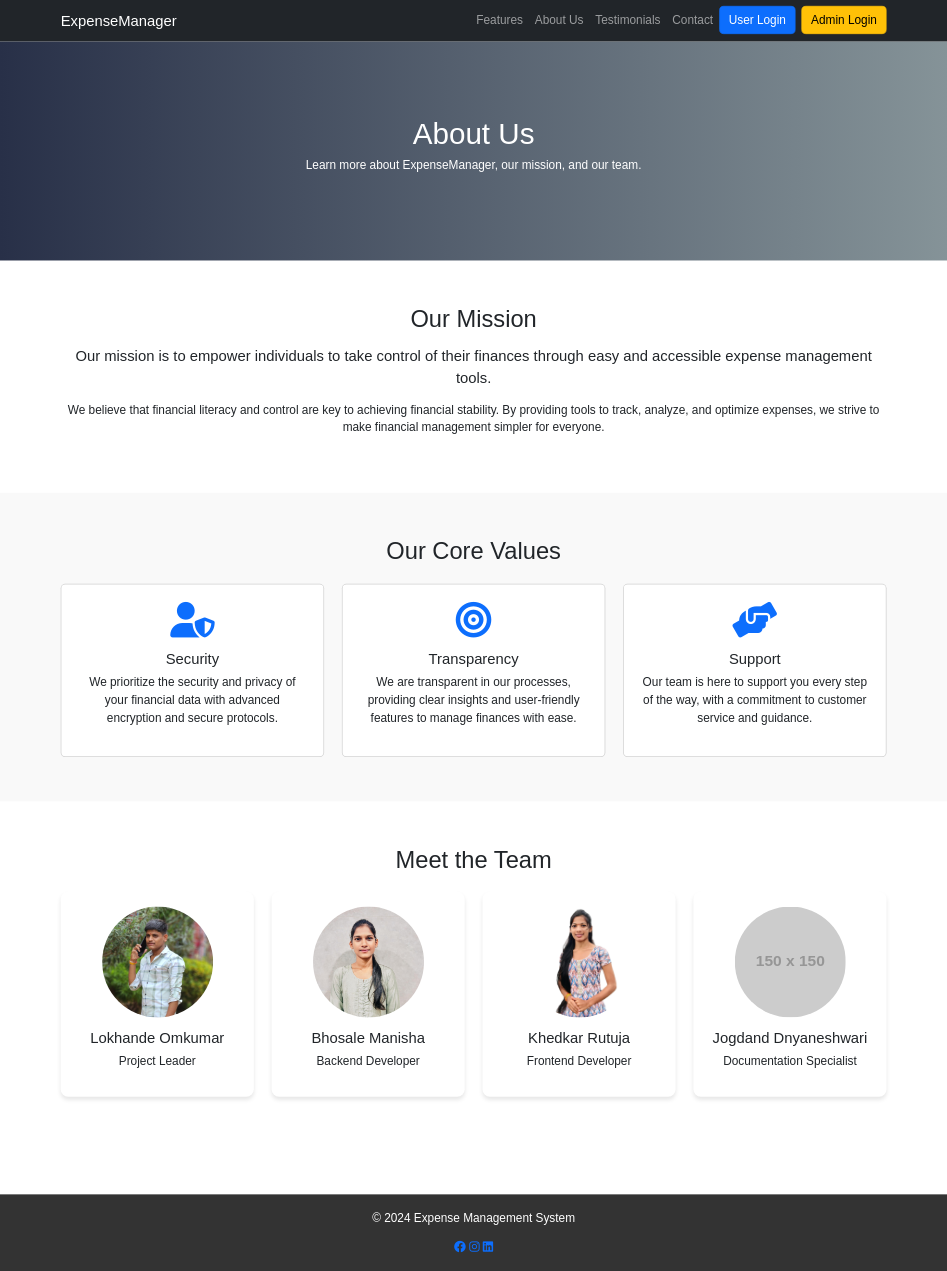
Repository: omlokhande1212/Expense-management
Page: expense/Demo/src/main/webapp/aboutus.html
An editor plug-in stored every save of this project. The page is shown before and after the next save, followed by the edit.
The browser window is 1280 px wide. The pictures show the whole page, at 74% of full size.

Above is the page before, as saved 2024-11-28 14:05:58.

After the next save:
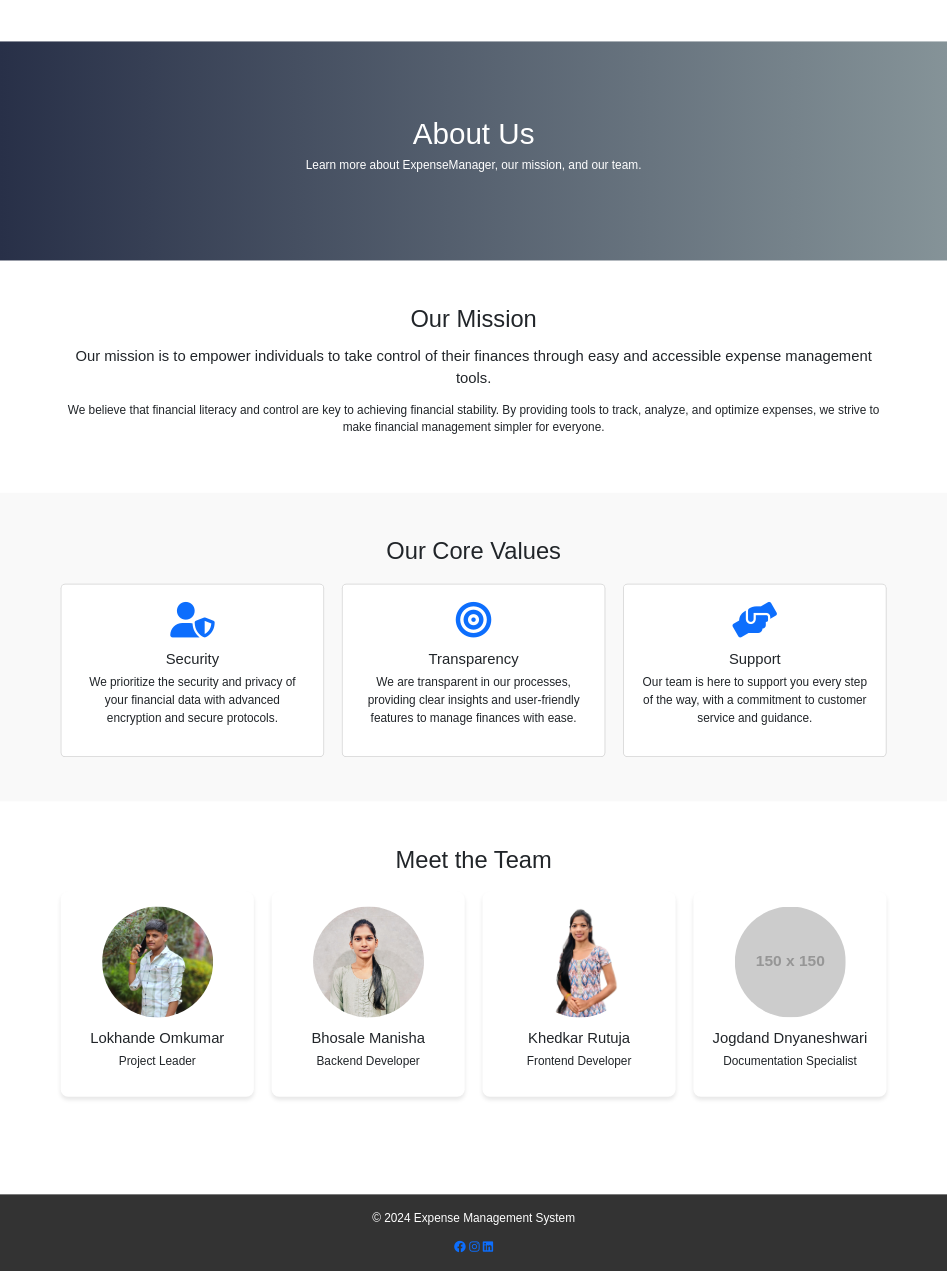
Saved 59 s later.
--- a/expense/Demo/src/main/webapp/aboutus.html
+++ b/expense/Demo/src/main/webapp/aboutus.html
@@ -51,25 +51,25 @@
     </style>
 </head>
 <body>
- <!-- Header Section -->
-    <nav class="navbar navbar-expand-lg navbar-dark bg-dark">
-        <div class="container">
-            <a class="navbar-brand" href="#">ExpenseManager</a>
-            <button class="navbar-toggler" type="button" data-bs-toggle="collapse" data-bs-target="#navbarNav">
-                <span class="navbar-toggler-icon"></span>
-            </button>
-            <div class="collapse navbar-collapse" id="navbarNav">
-                <ul class="navbar-nav ms-auto">
-                    <li class="nav-item"><a class="nav-link" href="#features">Features</a></li>
-                    <li class="nav-item"><a class="nav-link" href="aboutus.html">About Us</a></li>
-                    <li class="nav-item"><a class="nav-link" href="#testimonials">Testimonials</a></li>
-                    <li class="nav-item"><a class="nav-link" href="contactus.html">Contact</a></li>
-                    <li class="nav-item"><a class="btn btn-primary me-2" href="Login.jsp">User Login</a></li>
-                    <li class="nav-item"><a class="btn btn-warning" href="adminlogin.jsp">Admin Login</a></li>
-                </ul>
-            </div>
-        </div>
-    </nav>
+<!-- Header Section -->
+  <nav class="navbar navbar-expand-lg navbar-dark">
+    <div class="container-fluid">
+      <a class="navbar-brand" href="#">Expense Manager</a>
+      <span class="navbar-toggler sidebar-toggle" onclick="toggleSidebar()">
+        <i class="fas fa-bars"></i>
+      </span>
+      <div class="collapse navbar-collapse">
+        <ul class="navbar-nav ms-auto">
+          <li class="nav-item"><a class="nav-link" href="#">Welcome</a></li>
+          <li class="nav-item"><a class="nav-link" href="aboutus.html">About Us</a></li>
+          <li class="nav-item"><a class="nav-link" href="contactus.html">Contact Us</a></li>
+          <li class="nav-item"><a class="nav-link" href="userdashboard.html">Home</a></li>
+          <li class="nav-item"><a class="nav-link" href="profile.jsp">Profile</a></li>
+          <li class="nav-item"><a class="nav-link" href="logout.html">Logout</a></li>
+        </ul>
+      </div>
+    </div>
+  </nav>
     <!-- Hero Section -->
     <section class="hero-section">
         <div class="container">
